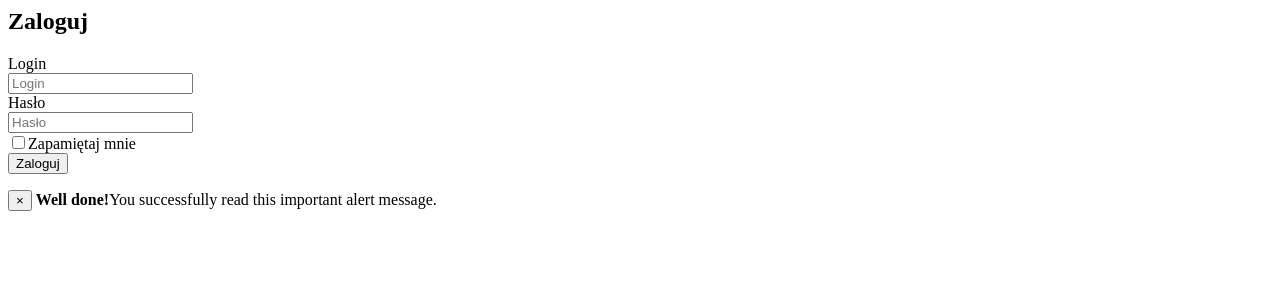
Repository: ydk2/ymvc
Page: http://localhost/system/views/login/form.php?login-form&action=login
An editor plug-in stored every save of this project. The page is shown before and after the next save, followed by the edit.
The browser window is 1280 px wide. The pictures show the whole page.
The page is run by PHP 8.4 with error messages shown; the project is at /var/www/html/.

Above is the page before, as saved 2017-01-25 06:33:23.

### system/views/login/form.php
        <div class="row vertical-center">
          <div class=" col-md-offset-4 col-md-6 col-md-offset-0">
            <div class="panel panel-default">
              <div class="panel-heading">
                <h2 class="panel-title">
                  <i class="fa fa-fw fa-sign-in"></i>Zaloguj</h2>
              </div>
              <div class="panel-body">
                <div class="row login-form">
                  <div class="col-md-12">
                    <form class="form-horizontal" role="form" method="POST" id="login" action="?login-form&action=login">
                      <div class="form-group">
                        <div class="col-sm-2">
                          <label for="login" class="control-label">Login</label>
                        </div>
                        <div class="col-sm-10">
                          <input type="text" class="form-control" id="login" placeholder="Login" name="account_login">
                        </div>
                      </div>
                      <div class="form-group">
                        <div class="col-sm-2">
                          <label for="password" class="control-label">Hasło</label>
                        </div>
                        <div class="col-sm-10">
                          <input type="password" class="form-control" id="password" placeholder="Hasło" name="account_pass">
                        </div>
                      </div>
                      <div class="form-group">
                        <div class="col-sm-offset-2 col-sm-8 col-sm-offset-2">
                          <div class="checkbox">
                            <label>
                              <input type="checkbox"  name="remember">Zapamiętaj mnie</label>
                          </div>
                        </div>
                      </div>
                      <div class="form-group">
                        <div class="col-sm-12">
                          <button type="submit" class="btn btn-block btn-info">Zaloguj</button>
                        </div>
                      </div>
                    </form>
                  </div>
                </div>
                <div class="row login-bar">
                  <div class="col-md-12">
                    <div class="alert alert-dismissable alert-info text-info">
                      <button contenteditable="false" type="button" class="close" data-dismiss="alert" aria-hidden="true">×</button>
                      <strong>Well done!</strong>You successfully read this important alert message.</div>
                  </div>
                </div>
              </div>
            </div>
          </div>
        </div>

After the next save:
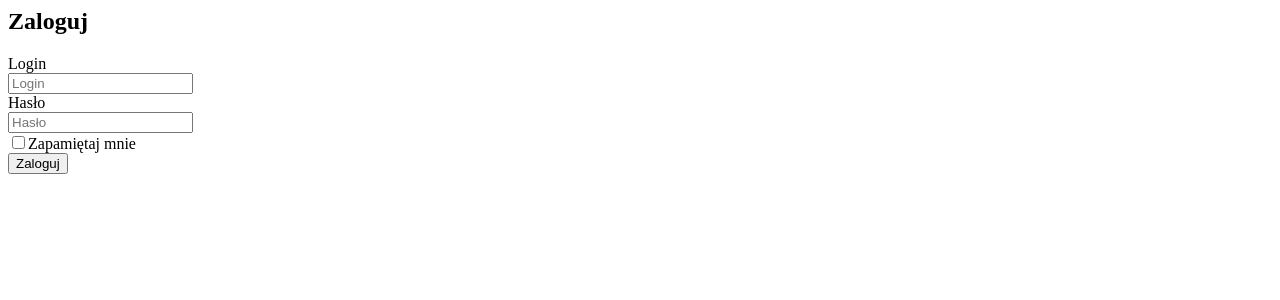
Saved 4 min 56 s later.
--- a/system/views/login/form.php
+++ b/system/views/login/form.php
@@ -43,9 +43,9 @@
                 </div>
                 <div class="row login-bar">
                   <div class="col-md-12">
-                    <div class="alert alert-dismissable alert-info text-info">
+                    <div class="alert alert-dismissable <?=$this->ViewData('style');?>">
                       <button contenteditable="false" type="button" class="close" data-dismiss="alert" aria-hidden="true">×</button>
-                      <strong>Well done!</strong>You successfully read this important alert message.</div>
+                      <?=$this->ViewData('alert');?></div>
                   </div>
                 </div>
               </div>
